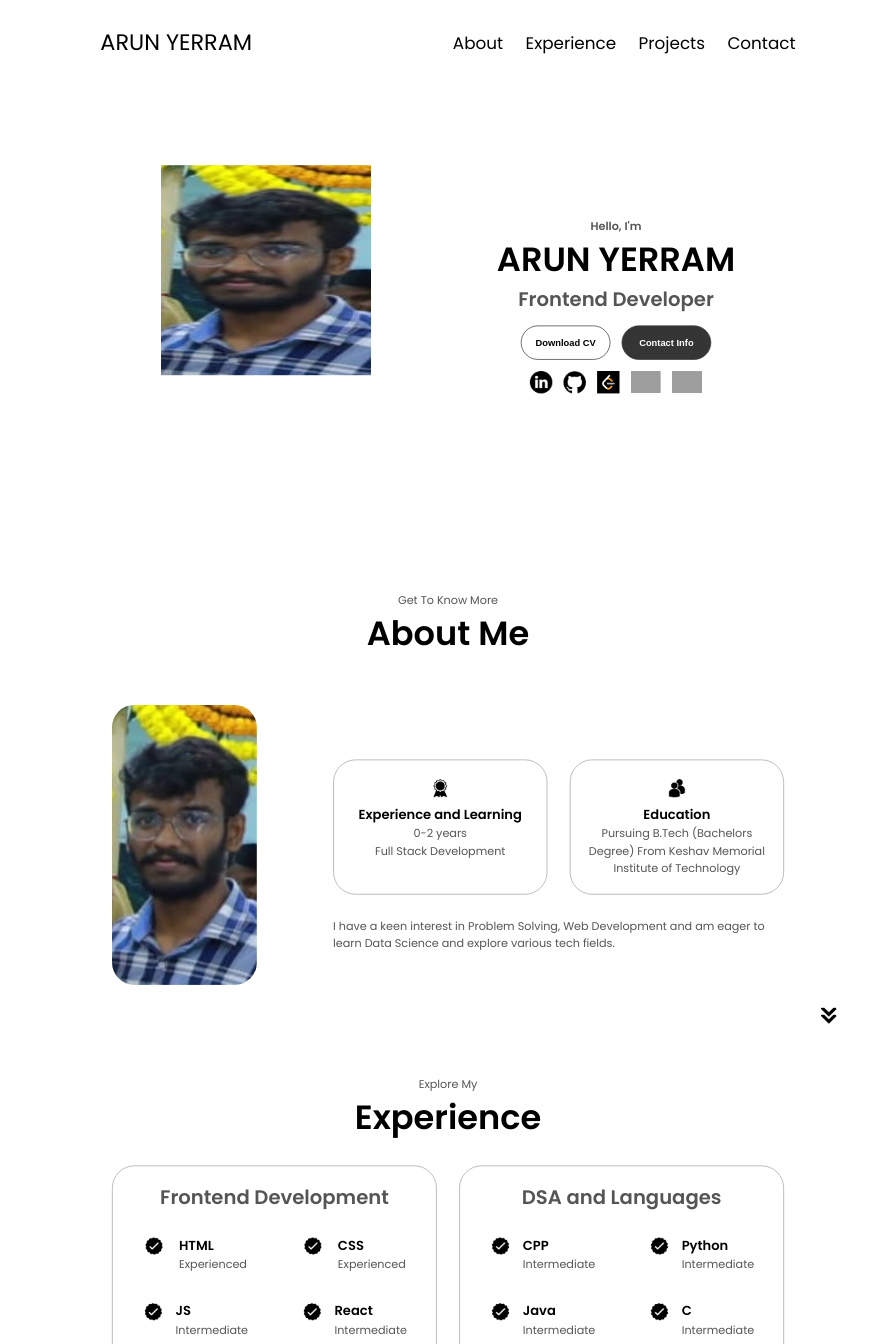
Repository: ARUN-YERRAM/ARUN-YERRAM-PORTFOLIO
Page: portfolio/index.html
These files come from the project's save history. The page is drawn as it stood at one moment and after a run of saves; the edit follows.
The browser window is 1280 px wide. The pictures show the part of the page from y = 0 to 1920 px (the page is 3401 px tall), at 70% of full size.
Pictures or frames that could not be fetched are drawn as grey boxes.

Above is the page before, as saved 2024-07-07 04:26:30.

### portfolio/index.html
<!DOCTYPE html>
<html lang="en">
<head>
  <meta charset="UTF-8" />
  <meta http-equiv="X-UA-Compatible" content="IE=edge" />
  <meta name="viewport" content="width=device-width, initial-scale=1.0" />
  <title>My Portfolio</title>
  <link rel="stylesheet" href="style.css" />
  <link rel="stylesheet" href="mediaqueries.css" />
</head>
<body>
  <nav id="desktop-nav">
    <div class="logo">ARUN YERRAM</div>
    <div>
      <ul class="nav-links">
        <li><a href="#about">About</a></li>
        <li><a href="#experience">Experience</a></li>
        <li><a href="#projects">Projects</a></li>
        <li><a href="#contact">Contact</a></li>
      </ul>
    </div>
  </nav>
  <nav id="hamburger-nav">
    <div class="logo">ARUN YERRAM</div>
    <div class="hamburger-menu">
      <div class="hamburger-icon" onclick="toggleMenu()">
        <span></span>
        <span></span>
        <span></span>
      </div>
      <div class="menu-links">
        <li><a href="#about" onclick="toggleMenu()">About</a></li>
        <li><a href="#experience" onclick="toggleMenu()">Experience</a></li>
        <li><a href="#projects" onclick="toggleMenu()">Projects</a></li>
        <li><a href="#contact" onclick="toggleMenu()">Contact</a></li>
      </div>
    </div>
  </nav>
  <section id="profile">
    <div class="section__pic-container">
      <img src="./assets/Photo1.jpg" alt="John Doe profile picture" width="300px" height="300px" />
    </div>
    <div class="section__text">
      <p class="section__text__p1">Hello, I'm</p>
      <h1 class="title">ARUN YERRAM</h1>
      <p class="section__text__p2">Frontend Developer</p>
      <div class="btn-container">
        <button class="btn btn-color-2" onclick="window.open('./assets/My_Resume.pdf')">Download CV</button>
        <button class="btn btn-color-1" onclick="location.href='./#contact'">Contact Info</button>
      </div>
      <div id="socials-container">
        <img src="./assets/linkedin.png" alt="My LinkedIn profile" class="icon" onclick="window.open('https://www.linkedin.com/in/arun-yerram/', '_blank')" />
        <img src="./assets/github.png" alt="My Github profile" class="icon" onclick="window.open('https://github.com/ARUN-YERRAM?tab=repositories', '_blank')" />
        <img src="./assets/leetcode.png" alt="My LeetCode profile" class="icon" onclick="window.open('https://leetcode.com/arunyerram/', '_blank')" />
        <img src="./assets/hackerrank.png" alt="My HackerRank profile" class="icon" onclick="window.open('https://www.hackerrank.com/arunyerram', '_blank')" />
        <img src="./assets/codechef.png" alt="My CodeChef profile" class="icon" onclick="window.open('https://www.codechef.com/users/arunyerram', '_blank')" />
      </div>
    </div>
  </section>
  <section id="about">
    <p class="section__text__p1">Get To Know More</p>
    <h1 class="title">About Me</h1>
    <div class="section-container">
      <div class="section__pic-container">
        <img src="./assets/Photo1.jpg" alt="Profile picture" class="about-pic" />
      </div>
      <div class="about-details-container">
        <div class="about-containers">
          <div class="details-container">
            <img src="./assets/experience.png" alt="Experience icon" class="icon" />
            <h3>Experience and Learning</h3>
            <p>0-2 years <br />Full Stack Development</p>
          </div>
          <div class="details-container">
            <img src="./assets/education.png" alt="Education icon" class="icon" />
            <h3>Education</h3>
            <p>Pursuing B.Tech (Bachelors Degree) From Keshav Memorial Institute of Technology <br /></p>
          </div>
        </div>
        <div class="text-container">
          <p>I have a keen interest in Problem Solving, Web Development and am eager to learn Data Science and explore various tech fields.</p>
        </div>
      </div>
    </div>
    <img src="./assets/arrow.png" alt="Arrow icon" class="icon arrow" onclick="location.href='./#experience'" />
  </section>
  <section id="experience">
    <p class="section__text__p1">Explore My</p>
    <h1 class="title">Experience</h1>
    <div class="experience-details-container">
      <div class="about-containers">
        <div class="details-container">
          <h2 class="experience-sub-title">Frontend Development</h2>
          <div class="article-container">
            <article>
              <img src="./assets/checkmark.png" alt="Experience icon" class="icon" />
              <div>
                <h3>HTML</h3>
                <p>Experienced</p>
              </div>
            </article>

            <article>
              <img src="./assets/checkmark.png" alt="Experience icon" class="icon" />
              <div>
                <h3>CSS</h3>
                <p>Experienced</p>
              </div>
            </article>

            <article>
              <img src="./assets/checkmark.png" alt="Experience icon" class="icon" />
              <div>
                <h3>JS</h3>
                <p>Intermediate</p>
              </div>
            </article>

            <article>
              <img src="./assets/checkmark.png" alt="Experience icon" class="icon" />
              <div>
                <h3>React</h3>
                <p>Intermediate</p>
              </div>
            </article>

            <article>
              <img src="./assets/checkmark.png" alt="Experience icon" class="icon" />
              <div>
                <h3>MongoDB</h3>
                <p>Intermediate</p>
              </div>
            </article>

            <article>
              <img src="./assets/checkmark.png" alt="Experience icon" class="icon" />
              <div>
                <h3>Node JS</h3>
                <p>Intermediate</p>
              </div>
            </article>

            <article>
              <img src="./assets/checkmark.png" alt="Experience icon" class="icon" />
              <div>
                <h3>Express JS</h3>
                <p>Intermediate</p>
              </div>
            </article>

            <article>
              <img src="./assets/checkmark.png" alt="Experience icon" class="icon" />
              <div>
                <h3>Git & GitHub</h3>
                <p>Intermediate</p>
              </div>
            </article>

          </div>
        </div>
        <div class="details-container">
          <h2 class="experience-sub-title">DSA and Languages</h2>
          <div class="article-container">
            <article>
              <img src="./assets/checkmark.png" alt="Experience icon" class="icon" />
              <div>
                <h3>CPP</h3>
                <p>Intermediate</p>
              </div>
            </article>
            <article>
              <img src="./assets/checkmark.png" alt="Experience icon" class="icon" />
              <div>
                <h3>Python</h3>
                <p>Intermediate</p>
              </div>
            </article>

            <article>
              <img src="./assets/checkmark.png" alt="Experience icon" class="icon" />
              <div>
                <h3>Java</h3>
                <p>Intermediate</p>
              </div>
            </article>

            <article>
              <img src="./assets/checkmark.png" alt="Experience icon" class="icon" />
              <div>
                <h3>C</h3>
                <p>Intermediate</p>
              </div>
            </article>
          </div>
        </div>
      </div>
    </div>
    <img src="./assets/arrow.png" alt="Arrow icon" class="icon arrow" onclick="location.href='./#projects'" />
  </section>
  <section id="projects">
    <p class="section__text__p1">Browse My Recent</p>
    <h1 class="title">Projects</h1>
    <div class="experience-details-container">
      <div class="about-containers">
        <div class="details-container color-container">
          <div class="article-container">
            <img src="./assets/P1.png" alt="Project 1" class="project-img" />
          </div>
          <h2 class="experience-sub-title project-title">NYAAYSAHAAYAK</h2>
          <div class="btn-container">
            <button class="btn btn-color-2 project-btn" onclick="location.href='https://github.com/ARUN-YERRAM/NYAAYSAHAAYAK'">GitHub</button>
            <button class="btn btn-color-2 project-btn" onclick="location.href=''">Live Demo</button>
          </div>
        </div>
        <div class="details-container color-container">
          <div class="article-container">
            <img src="./assets/project-2.png" alt="Project 2" class="project-img" />
          </div>
          <h2 class="experience-sub-title project-title">LecturesCheck</h2>
          <div class="btn-container">
            <button class="btn btn-color-2 project-btn" onclick="location.href='https://github.com/ARUN-YERRAM/LecturesCheck'">GitHub</button>
            <button class="btn btn-color-2 project-btn" onclick="location.href=''">Live Demo</button>
          </div>
        </div>
      </div>
    </div>
    <img src="./assets/arrow.png" alt="Arrow icon" class="icon arrow" onclick="location.href='./#contact'" />
  </section>
  <section id="contact">
    <p class="section__text__p1">Get in Touch</p>
    <h1 class="title">Contact Me</h1>
    <div class="contact-info-upper-container">
      <div class="contact-info-container">
        <img src="./assets/email.png" alt="Email icon" class="icon contact-icon email-icon" />
        <p><a href="mailto:arunyerram12022005@gmail.com">arunyerram12022005@gmail.com</a></p>
      </div>
      <div class="contact-info-container">
        <img src="./assets/linkedin.png" alt="LinkedIn icon" class="icon contact-icon" />
        <p><a href="https://www.linkedin.com/in/arun-yerram/">LinkedIn</a></p>
      </div>
    </div>
  </section>
  <footer>
    <nav>
      <div class="nav-links-container">
        <ul class="nav-links">
          <li><a href="#about">About</a></li>
          <li><a href="#experience">Experience</a></li>
          <li><a href="#projects">Projects</a></li>
          <li><a href="#contact">Contact</a></li>
        </ul>
      </div>
    </nav>
    <p>Copyright &#169; 2024 Arun Yerram. All Rights Reserved.</p>
  </footer>
  <script src="script.js"></script>
</body>
</html>

### portfolio/style.css
/* GENERAL */

@import url("https://fonts.googleapis.com/css2?family=Poppins:wght@300;400;500;600&display=swap");

* {
  margin: 0;
  padding: 0;
}

body {
  font-family: "Poppins", sans-serif;
}

html {
  scroll-behavior: smooth;
}

p {
  color: rgb(85, 85, 85);
}

/* TRANSITION */

a,
.btn {
  transition: all 300ms ease;
}

/* DESKTOP NAV */

nav,
.nav-links {
  display: flex;
}

nav {
  justify-content: space-around;
  align-items: center;
  height: 17vh;
}

.nav-links {
  gap: 2rem;
  list-style: none;
  font-size: 1.5rem;
}

a {
  color: black;
  text-decoration: none;
  text-decoration-color: white;
}

a:hover {
  color: grey;
  text-decoration: underline;
  text-underline-offset: 1rem;
  text-decoration-color: rgb(181, 181, 181);
}

.logo {
  font-size: 2rem;
}

.logo:hover {
  cursor: default;
}

/* HAMBURGER MENU */

#hamburger-nav {
  display: none;
}

.hamburger-menu {
  position: relative;
  display: inline-block;
}

.hamburger-icon {
  display: flex;
  flex-direction: column;
  justify-content: space-between;
  height: 24px;
  width: 30px;
  cursor: pointer;
}

.hamburger-icon span {
  width: 100%;
  height: 2px;
  background-color: black;
  transition: all 0.3 ease-in-out;
}

.menu-links {
  position: absolute;
  top: 100%;
  right: 0;
  background-color: white;
  width: fit-content;
  max-height: 0;
  overflow: hidden;
  transition: all 0.3 ease-in-out;
}

.menu-links a {
  display: block;
  padding: 10px;
  text-align: center;
  font-size: 1.5rem;
  color: black;
  text-decoration: none;
  transition: all 0.3 ease-in-out;
}

.menu-links li {
  list-style: none;
}

.menu-links.open {
  max-height: 300px;
}

.hamburger-icon.open span:first-child {
  transform: rotate(45deg) translate(10px, 5px);
}

.hamburger-icon.open span:nth-child(2) {
  opacity: 0;
}

.hamburger-icon.open span:last-child {
  transform: rotate(-45deg) translate(10px, -5px);
}

.hamburger-icon span:first-child {
  transform: none;
}

.hamburger-icon span:first-child {
  opacity: 1;
}

.hamburger-icon span:first-child {
  transform: none;
}

/* SECTIONS */

section {
  padding-top: 4vh;
  height: 96vh;
  margin: 0 10rem;
  box-sizing: border-box;
  min-height: fit-content;
}

.section-container {
  display: flex;
}

/* PROFILE SECTION */

#profile {
  display: flex;
  justify-content: center;
  gap: 5rem;
  height: 80vh;
}

.section__pic-container {
  display: flex;
  height: 400px;
  width: 400px;
  margin: auto 0;
}

.section__text {
  align-self: center;
  text-align: center;
}

.section__text p {
  font-weight: 600;
}

.section__text__p1 {
  text-align: center;
}

.section__text__p2 {
  font-size: 1.75rem;
  margin-bottom: 1rem;
}

.title {
  font-size: 3rem;
  text-align: center;
}

#socials-container {
  display: flex;
  justify-content: center;
  margin-top: 1rem;
  gap: 1rem;
}

/* ICONS */

.icon {
  cursor: pointer;
  height: 2rem;
}

/* BUTTONS */

.btn-container {
  display: flex;
  justify-content: center;
  gap: 1rem;
}

.btn {
  font-weight: 600;
  transition: all 300ms ease;
  padding: 1rem;
  width: 8rem;
  border-radius: 2rem;
}

.btn-color-1,
.btn-color-2 {
  border: rgb(53, 53, 53) 0.1rem solid;
}

.btn-color-1:hover,
.btn-color-2:hover {
  cursor: pointer;
}

.btn-color-1,
.btn-color-2:hover {
  background: rgb(53, 53, 53);
  color: white;
}

.btn-color-1:hover {
  background: rgb(0, 0, 0);
}

.btn-color-2 {
  background: none;
}

.btn-color-2:hover {
  border: rgb(255, 255, 255) 0.1rem solid;
}

.btn-container {
  gap: 1rem;
}

/* ABOUT SECTION */

#about {
  position: relative;
}

.about-containers {
  gap: 2rem;
  margin-bottom: 2rem;
  margin-top: 2rem;
}

.about-details-container {
  justify-content: center;
  flex-direction: column;
}

.about-containers,
.about-details-container {
  display: flex;
}

.about-pic {
  border-radius: 2rem;
}

.arrow {
  position: absolute;
  right: -5rem;
  bottom: 2.5rem;
}

.details-container {
  padding: 1.5rem;
  flex: 1;
  background: white;
  border-radius: 2rem;
  border: rgb(53, 53, 53) 0.1rem solid;
  border-color: rgb(163, 163, 163);
  text-align: center;
}

.section-container {
  gap: 4rem;
  height: 80%;
}

.section__pic-container {
  height: 400px;
  width: 400px;
  margin: auto 0;
}

/* EXPERIENCE SECTION */

#experience {
  position: relative;
}

.experience-sub-title {
  color: rgb(85, 85, 85);
  font-weight: 600;
  font-size: 1.75rem;
  margin-bottom: 2rem;
}

.experience-details-container {
  display: flex;
  justify-content: center;
  flex-direction: column;
}

.article-container {
  display: flex;
  text-align: initial;
  flex-wrap: wrap;
  flex-direction: row;
  gap: 2.5rem;
  justify-content: space-around;
}

article {
  display: flex;
  width: 10rem;
  justify-content: space-around;
  gap: 0.5rem;
}

article .icon {
  cursor: default;
}

/* PROJECTS SECTION */

#projects {
  position: relative;
}

.color-container {
  border-color: rgb(163, 163, 163);
  background: rgb(250, 250, 250);
}

.project-img {
  border-radius: 2rem;
  width: 90%;
  height: 90%;
}

.project-title {
  margin: 1rem;
  color: black;
}

.project-btn {
  color: black;
  border-color: rgb(163, 163, 163);
}

/* CONTACT */

#contact {
  display: flex;
  justify-content: center;
  flex-direction: column;
  height: 70vh;
}

.contact-info-upper-container {
  display: flex;
  justify-content: center;
  border-radius: 2rem;
  border: rgb(53, 53, 53) 0.1rem solid;
  border-color: rgb(163, 163, 163);
  background: (250, 250, 250);
  margin: 2rem auto;
  padding: 0.5rem;
}

.contact-info-container {
  display: flex;
  align-items: center;
  justify-content: center;
  gap: 0.5rem;
  margin: 1rem;
}

.contact-info-container p {
  font-size: larger;
}

.contact-icon {
  cursor: default;
}

.email-icon {
  height: 2.5rem;
}

/* FOOTER SECTION */

footer {
  height: 26vh;
  margin: 0 1rem;
}

footer p {
  text-align: center;
}

### portfolio/mediaqueries.css
@media screen and (max-width: 1400px) {
  #profile {
    height: 83vh;
    margin-bottom: 6rem;
  }
  .about-containers {
    flex-wrap: wrap;
  }
  #contact,
  #projects {
    height: fit-content;
  }
}

@media screen and (max-width: 1200px) {
  #desktop-nav {
    display: none;
  }
  #hamburger-nav {
    display: flex;
  }
  #experience,
  .experience-details-container {
    margin-top: 2rem;
  }
  #profile,
  .section-container {
    display: block;
  }
  .arrow {
    display: none;
  }
  section,
  .section-container {
    height: fit-content;
  }
  section {
    margin: 0 5%;
  }
  .section__pic-container {
    width: 275px;
    height: 275px;
    margin: 0 auto 2rem;
  }
  .about-containers {
    margin-top: 0;
  }
}

@media screen and (max-width: 600px) {
  #contact,
  footer {
    height: 40vh;
  }
  #profile {
    height: 83vh;
    margin-bottom: 0;
  }
  article {
    font-size: 1rem;
  }
  footer nav {
    height: fit-content;
    margin-bottom: 2rem;
  }
  .about-containers,
  .contact-info-upper-container,
  .btn-container {
    flex-wrap: wrap;
  }
  .contact-info-container {
    margin: 0;
  }
  .contact-info-container p,
  .nav-links li a {
    font-size: 1rem;
  }
  .experience-sub-title {
    font-size: 1.25rem;
  }
  .logo {
    font-size: 1.5rem;
  }
  .nav-links {
    flex-direction: column;
    gap: 0.5rem;
    text-align: center;
  }
  .section__pic-container {
    width: auto;
    height: 46vw;
    justify-content: center;
  }
  .section__text__p2 {
    font-size: 1.25rem;
  }
  .title {
    font-size: 2rem;
  }
  .text-container {
    text-align: justify;
  }
}

Loaded but not shown: portfolio/script.js (common file)

After the next 2 saves:
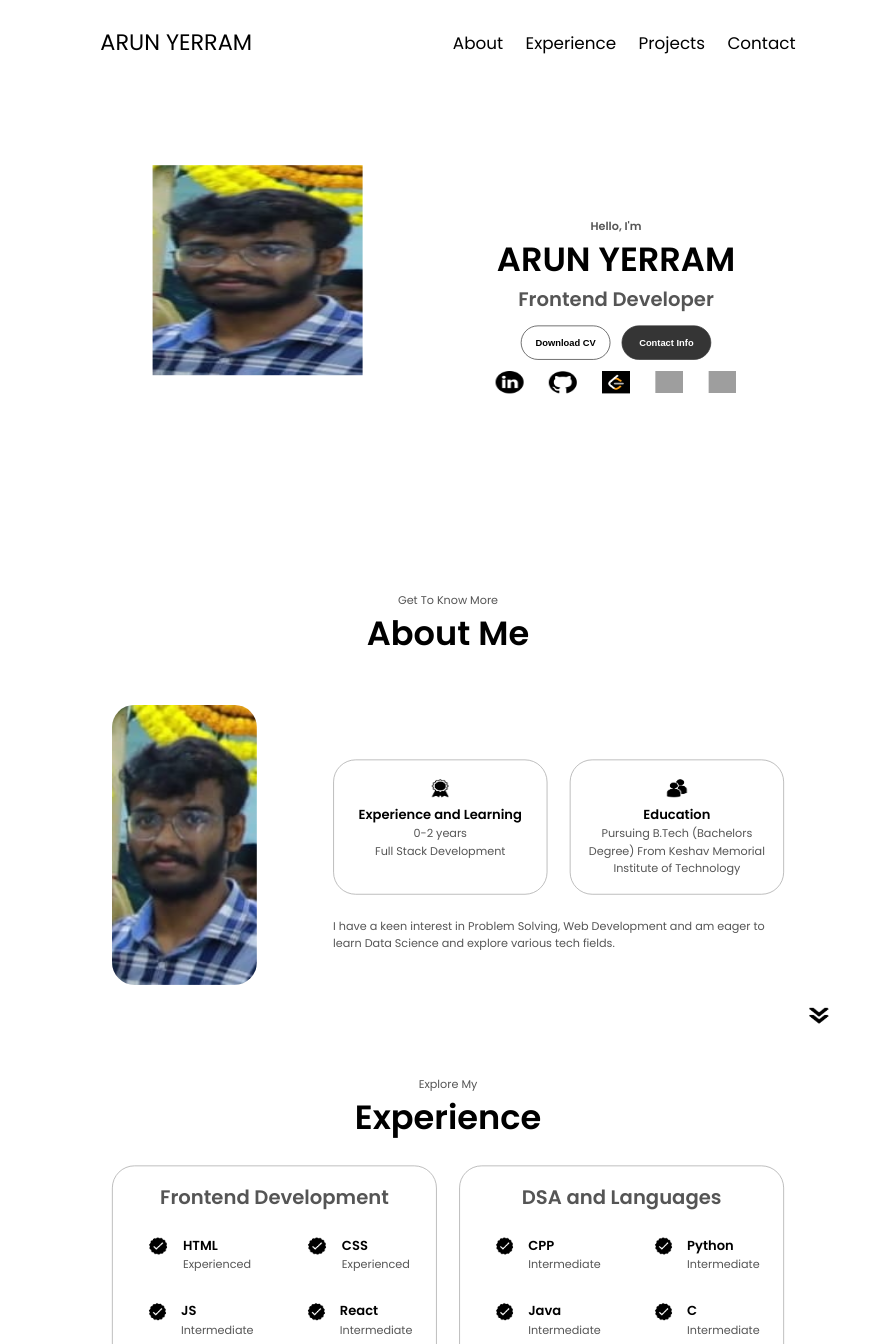
The 2 saves are shown as one change because they came seconds apart.
The last was saved 81 s later.
--- a/portfolio/style.css
+++ b/portfolio/style.css
@@ -24,6 +24,20 @@
 a,
 .btn {
   transition: all 300ms ease;
+}
+
+.icon {
+  width: 40px;
+  height: 40px;
+  margin: 0 10px;
+  cursor: pointer;
+}
+
+#socials-container {
+  display: flex;
+  align-items: center;
+  justify-content: center;
+  margin-top: 20px;
 }
 
 /* DESKTOP NAV */

After the 2 saves that followed:
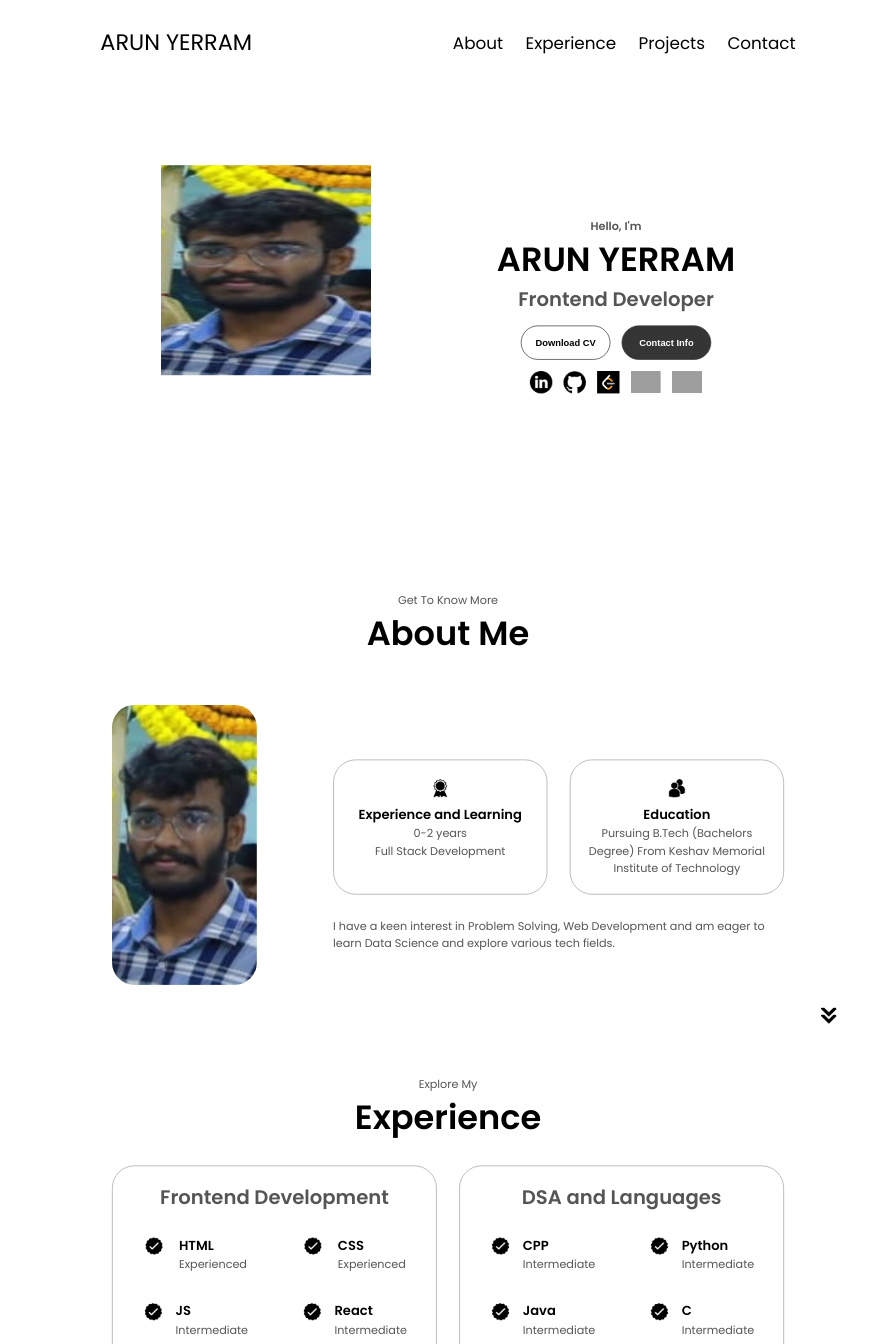
The 2 saves are shown as one change because 1 left the picture as it was.
The last was saved 14 s later.
--- a/portfolio/style.css
+++ b/portfolio/style.css
@@ -26,19 +26,6 @@
   transition: all 300ms ease;
 }
 
-.icon {
-  width: 40px;
-  height: 40px;
-  margin: 0 10px;
-  cursor: pointer;
-}
-
-#socials-container {
-  display: flex;
-  align-items: center;
-  justify-content: center;
-  margin-top: 20px;
-}
 
 /* DESKTOP NAV */
 
